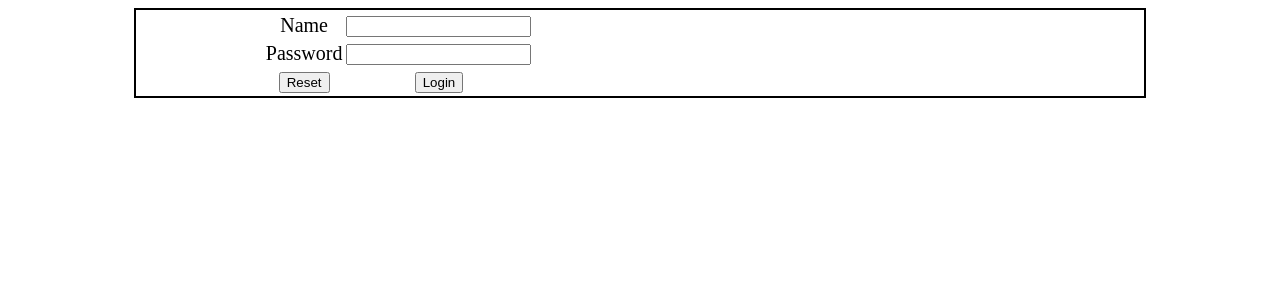
Repository: jks2127/SMS-webApp
Page: sms 1.2/WebContent/index.html
The author's editor kept a copy of each file at every save. The page is drawn from the files as they stood at one save, then again after the next save.
The browser window is 1280 px wide. The pictures show the whole page.

Above is the page before, as saved 2021-06-11 12:03:22.

### sms 1.2/WebContent/index.html
<!DOCTYPE html>
<html>
<head>
	<meta charset="ISO-8859-1">
	<title>Student Management System</title>

	<style>
		.container{
		margin-left:10%;
		margin-right:10%;
		border:2px solid black;
		padding-left:10%;
		padding-right:10%;
		}

		#body form{
		font-size:20px;
		text-align: center;
		}
	</style>
</head>

<body id="body">
<div class="container">
	<form action="Login" method="POST">
		<table>
			<tr>
				<td> Name </td>
				<td><input type="text" name="user_name"></td>
			</tr>
			<tr>
				<td>Password</td>
				<td><input type="password" name="user_pswd"></td>
			</tr>
			<tr>
				<td><button type="reset">Reset</button></td>
				<td><button type="submit">Login</button></td>
			</tr>
		</table>

	</form>
</div>
</body>
</html>

After the next save:
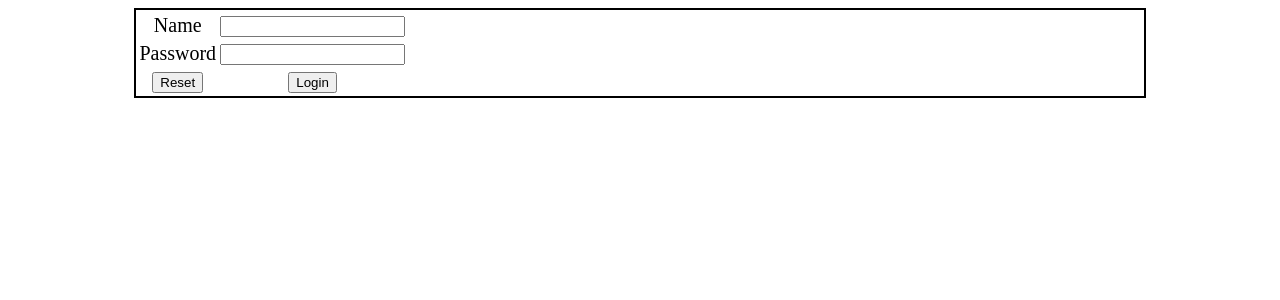
Saved 20 s later.
--- a/sms 1.2/WebContent/index.html
+++ b/sms 1.2/WebContent/index.html
@@ -9,8 +9,7 @@
 		margin-left:10%;
 		margin-right:10%;
 		border:2px solid black;
-		padding-left:10%;
-		padding-right:10%;
+		padding:auto;
 		}
 
 		#body form{
